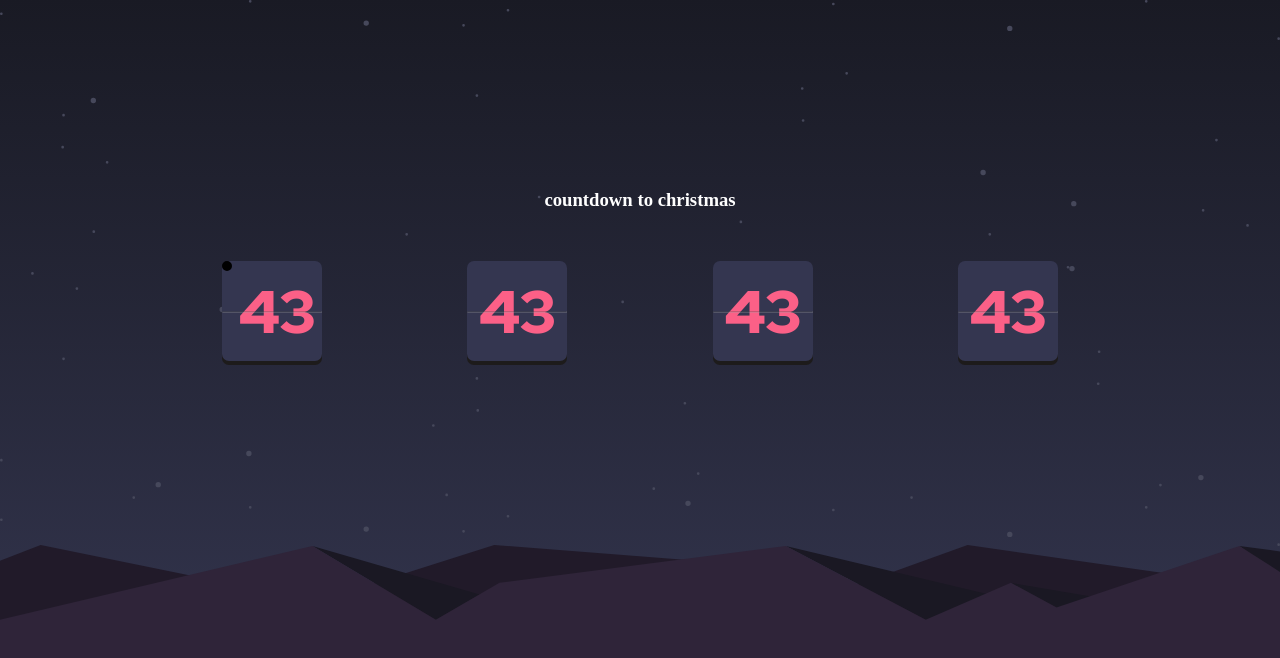
Repository: Eugene44-hub/countdown
Page: index.html
An editor plug-in stored every save of this project. The page is shown before and after the next save, followed by the edit.
The browser window is 1280 px wide. The pictures show the whole page.

Above is the page before, as saved 2021-09-12 03:45:47.

After the next save:
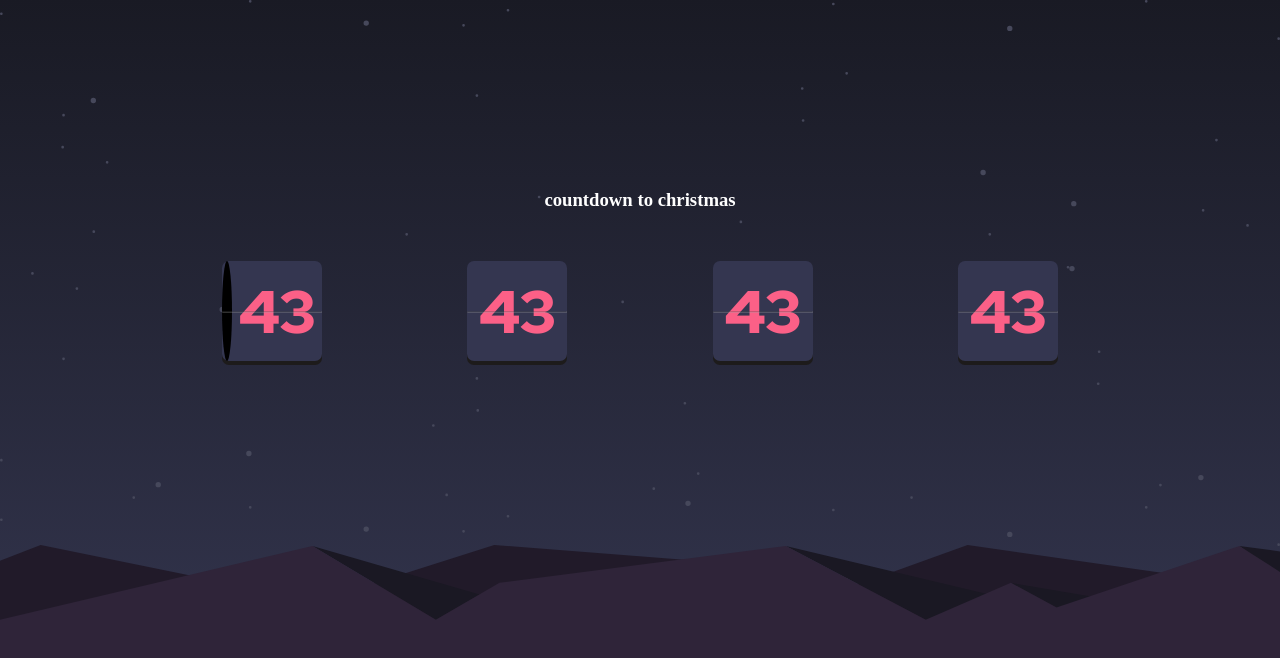
Saved 7 s later.
--- a/style.css
+++ b/style.css
@@ -66,7 +66,6 @@
     border-radius: 50%;
     border-color: black;
     border-style: solid;
-    height: 1px;
 }
 
 hr {

After the save that followed:
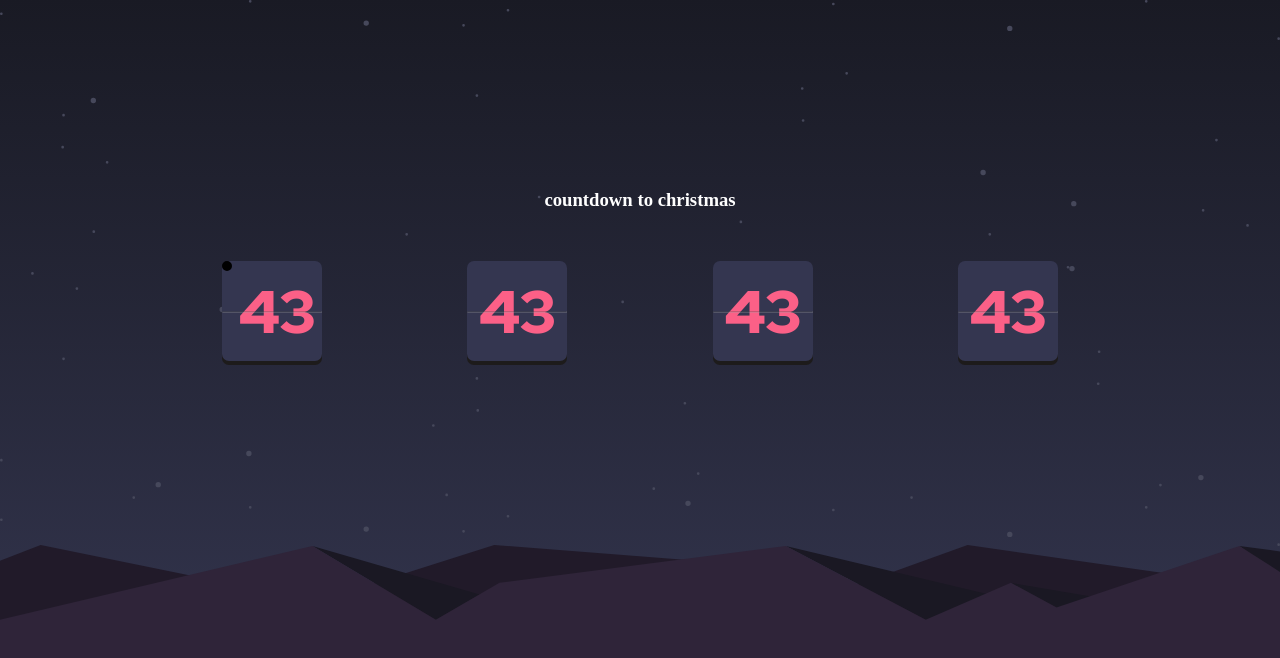
Saved 4 s later.
--- a/style.css
+++ b/style.css
@@ -66,6 +66,7 @@
     border-radius: 50%;
     border-color: black;
     border-style: solid;
+    height: 1px;
 }
 
 hr {
